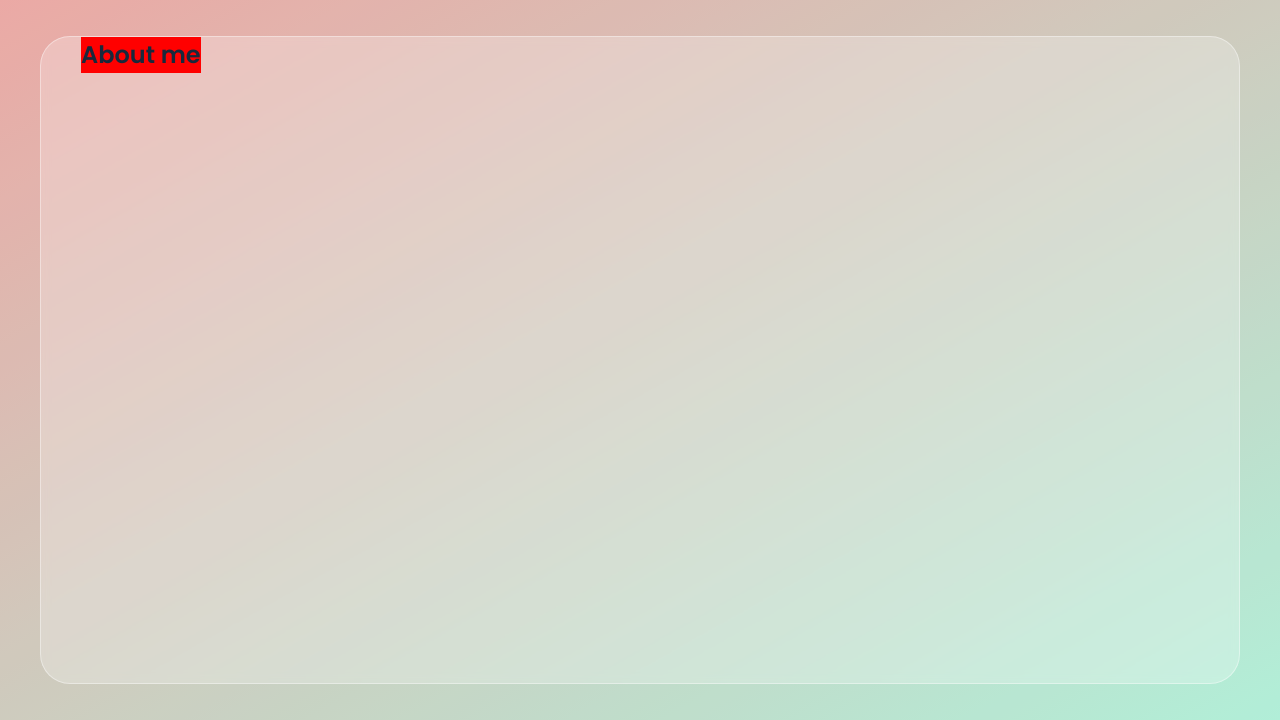
Repository: dewaary/Glassmorp-me
Page: index.html
The author's editor kept a copy of each file at every save. The page is drawn from the files as they stood at one save, then again after the next save.
The browser window is 1280 px wide. The pictures show the whole page.

Above is the page before, as saved 2021-05-25 12:54:10.
Not found: js/script,js

After the next save:
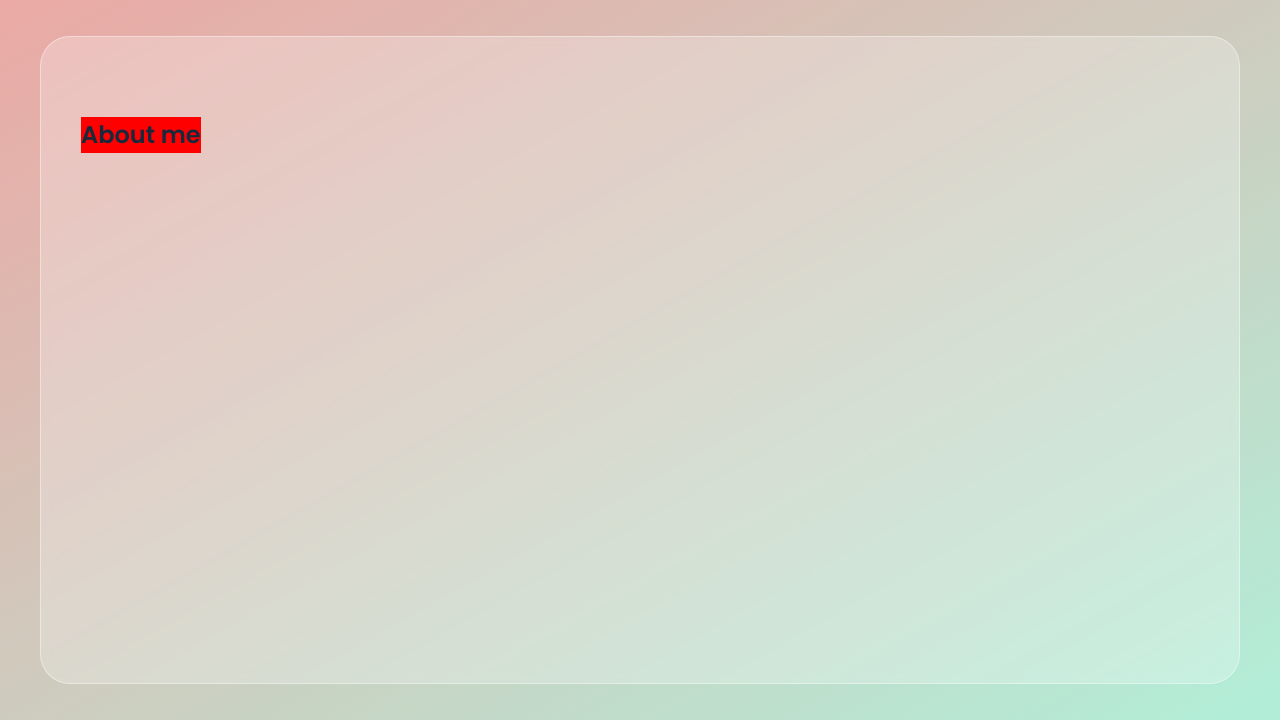
Saved 63 s later.
--- a/style.css
+++ b/style.css
@@ -110,6 +110,10 @@ section {
   display: none !important;
 }
 
+.sec-padding {
+  padding: 80px 0;;
+}
+
 /* Section Tittle */
 .section-title {
   background-color: red;
